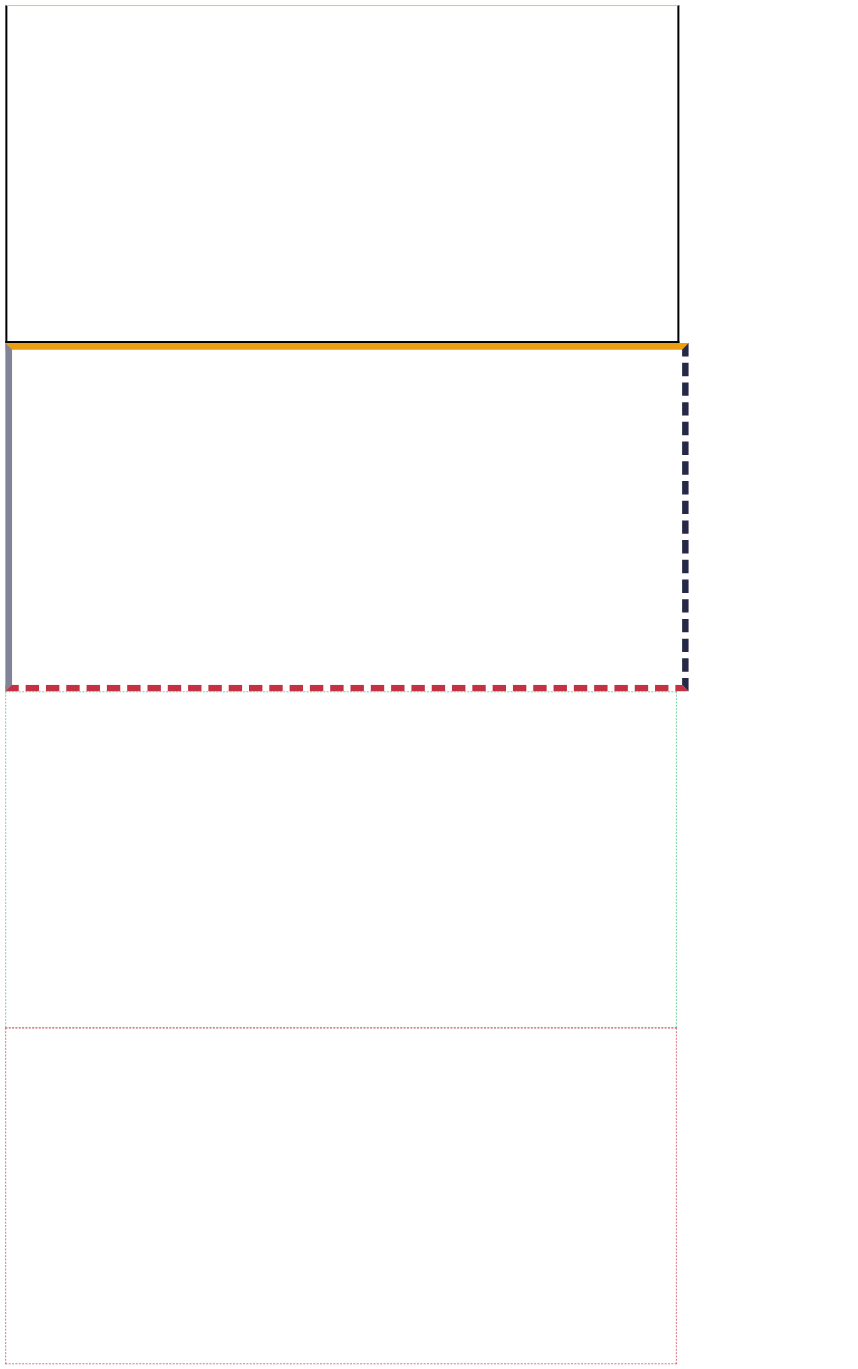
Repository: SharkPem/WebLearn
Page: Learn_HTML_CSS_cong0dao1/practise_17.html
The author's editor kept a copy of each file at every save. The page is drawn from the files as they stood at one save, then again after the next save.
The browser window is 1280 px wide. The pictures show the whole page, at 67% of full size.

Above is the page before, as saved 2022-05-12 15:08:29.

### Learn_HTML_CSS_cong0dao1/practise_17.html
<!DOCTYPE html>
<html lang="en">
<head>
    <meta charset="UTF-8">
    <title>Title</title>
    <style type="text/css">
        div{
            width: 1000px;
            height: 500px;
        }
        #div1{
            border-top: 1px #eb9e11 ;
            border-style: solid;
        }
        #div2{
            border-top: 10px #eb9e11 solid;
            border-bottom: 10px #c43143 dashed;
            border-left: 10px #818496 solid;
            border-right: 10px #252947 dashed;
        }
        #div3 {
            border-width: 1px;
            border-style: dashed;
            border-color: #38B774;
        }
        #div4{
            border: 1px dashed #c43143;
        }
    </style>
</head>
<body>

    <div id="div1"></div>
    <div id="div2"></div>
    <div id="div3"></div>
    <div id="div4"></div>
</body>
</html>

After the next save:
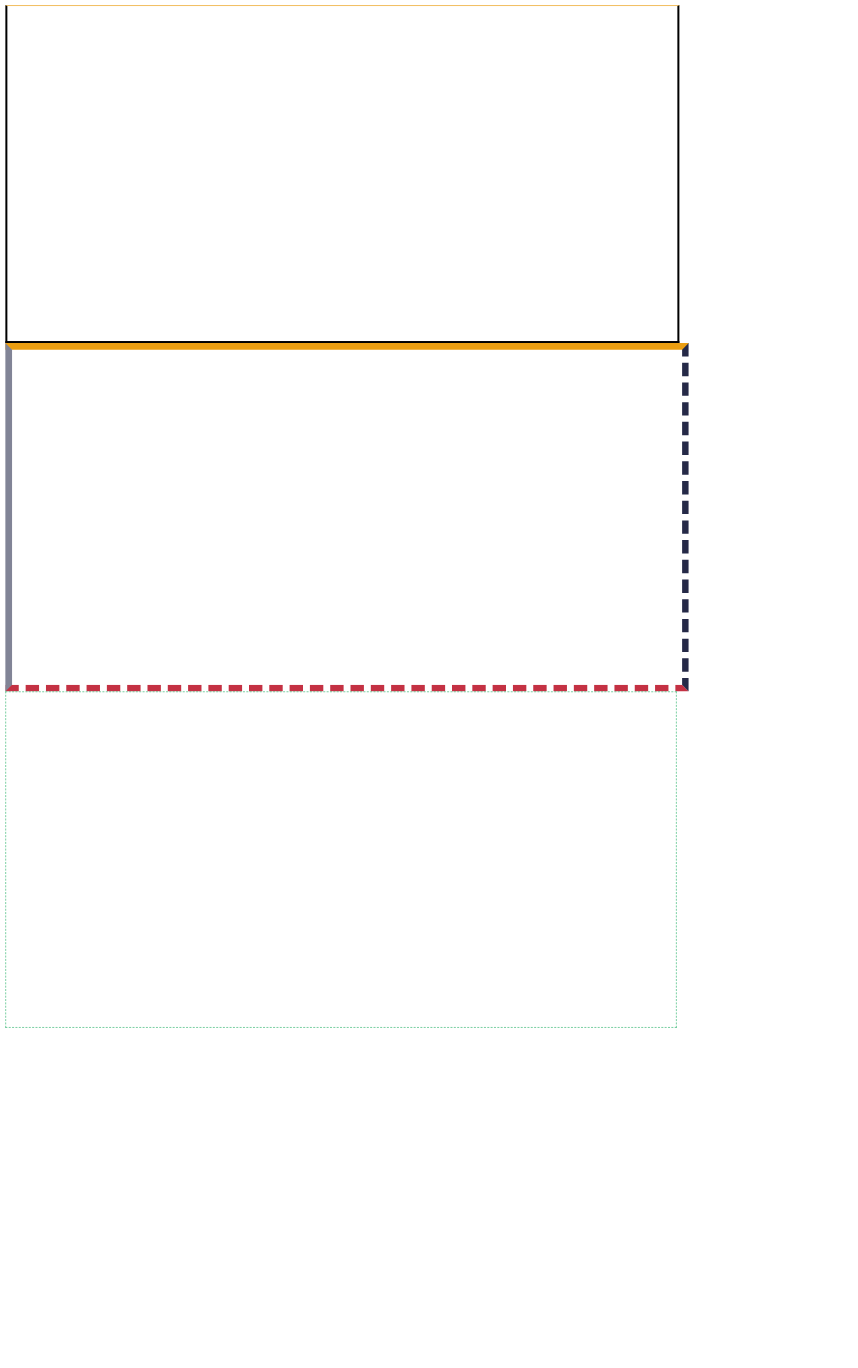
Saved 27 min 18 s later.
--- a/Learn_HTML_CSS_cong0dao1/practise_17.html
+++ b/Learn_HTML_CSS_cong0dao1/practise_17.html
@@ -23,9 +23,10 @@
             border-style: dashed;
             border-color: #38B774;
         }
-        #div4{
+        /* #div4{
             border: 1px dashed #c43143;
-        }
+        } */
+
     </style>
 </head>
 <body>

After the save that followed:
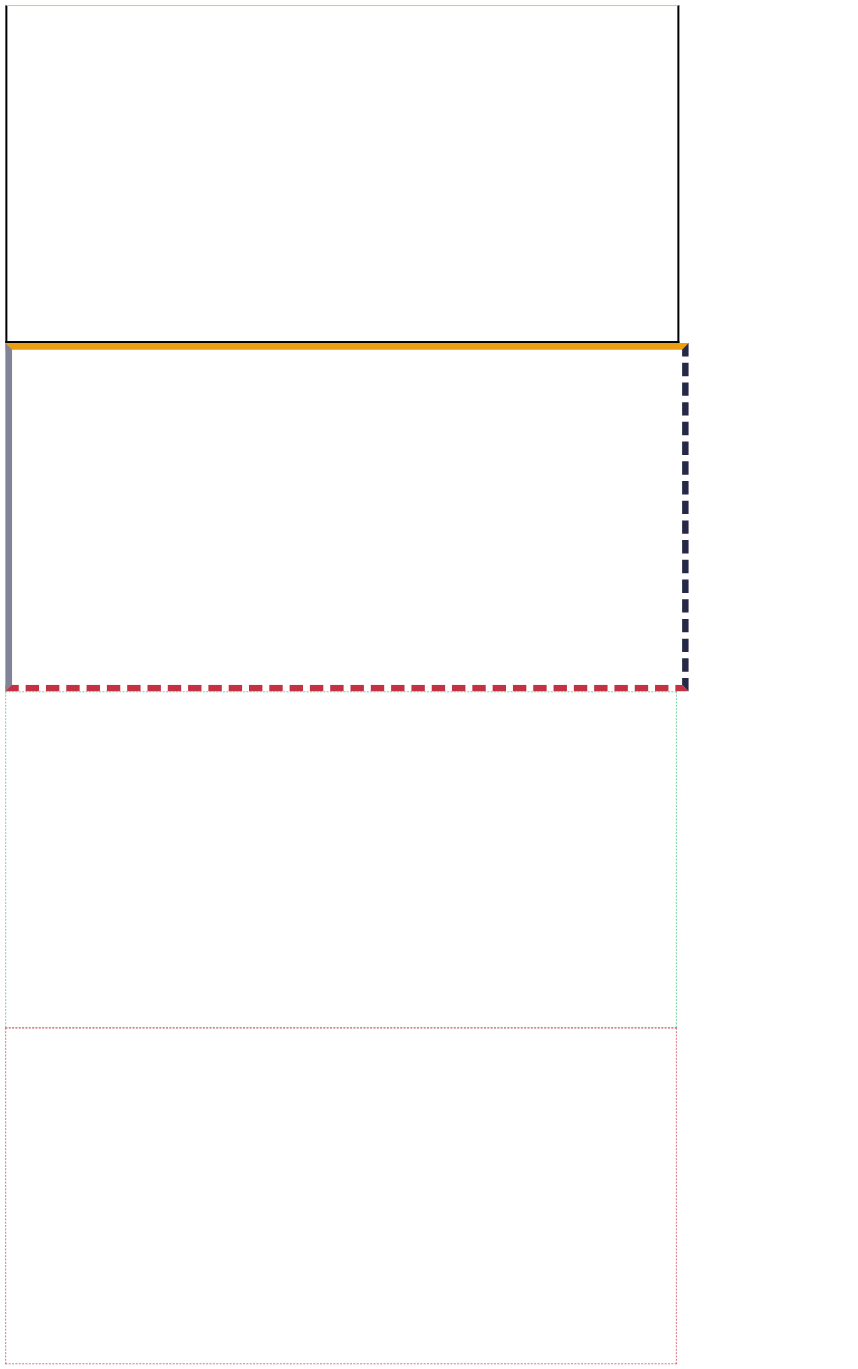
Saved 12 min 30 s later.
--- a/Learn_HTML_CSS_cong0dao1/practise_17.html
+++ b/Learn_HTML_CSS_cong0dao1/practise_17.html
@@ -23,9 +23,9 @@
             border-style: dashed;
             border-color: #38B774;
         }
-        /* #div4{
+        #div4{
             border: 1px dashed #c43143;
-        } */
+        }
 
     </style>
 </head>
